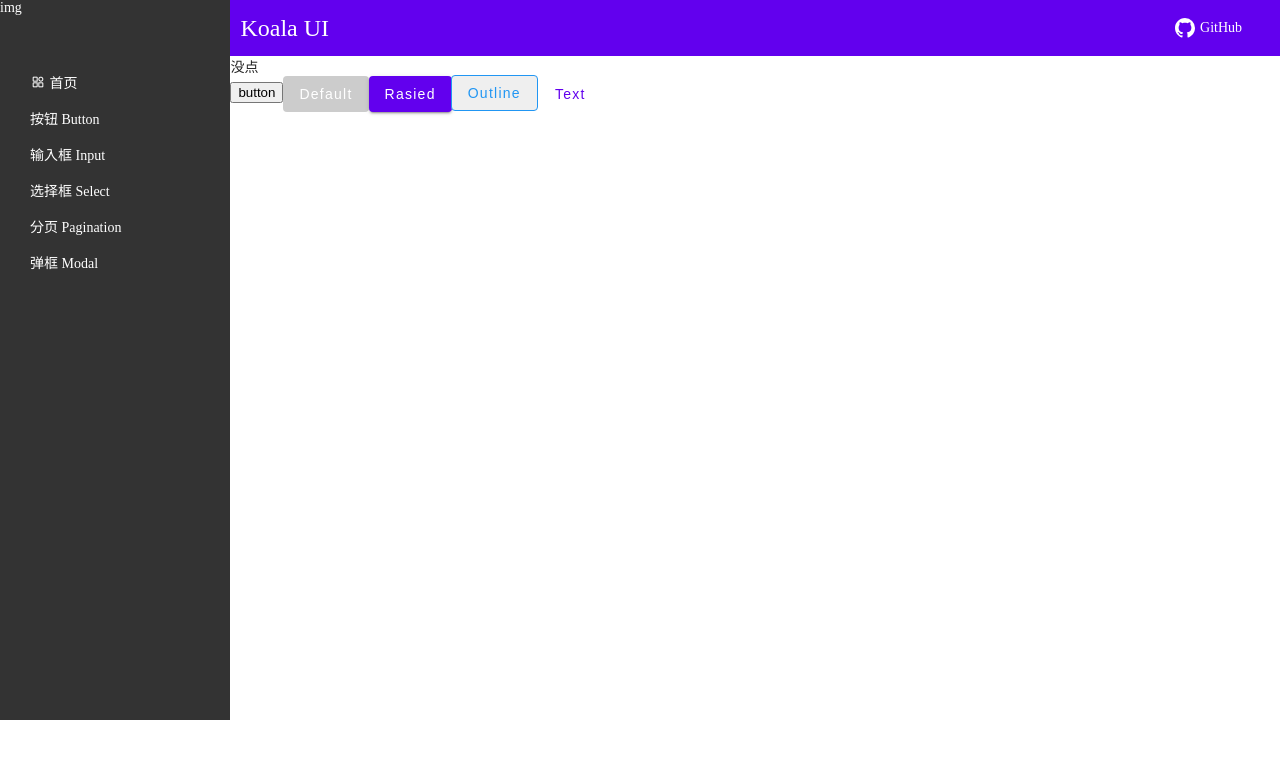
Repository: wyhsunflower/koalaUI
Page: /
The author's editor kept a copy of each file at every save. The page is drawn from the files as they stood at one save, then again after the next save.
The browser window is 1280 px wide. The pictures show the whole page.
The project was rebuilt for these pictures with package versions that can differ from the ones it lists, and the page was loaded fresh each time. Also part of the build but not shown: webpack.config.js, src/components/Modal/Modal.vue. Imported but missing from the stored project, and not drawn on this page: src/views/go/go2.vue.

Above is the page before, as saved 2020-03-15 21:53:48.

### index.html
<!DOCTYPE html>
<html lang="en">
<head>
    <meta charset="UTF-8">
    <title>koala's UI</title>
</head>
<body>
<div id="app"></div>
</body>
</html>

### src/index.js
import Vue from 'vue';
import App from './app';
import './components/components.js'
import './styles/global.scss';
import './styles/iconfont/icon.scss'
import router from './router/route';


new Vue({
    router,
    render(h) {
        return h(App);
    }
}).$mount('#app');

### src/app.vue
<template>
    <div id="app" class="container">
        <SideBar></SideBar>
        <div class="right">
            <Header></Header>
            <div class="main">
                <transition>
                 <router-view></router-view>
                </transition>
            </div>
        </div>
    </div>
</template>
<script>
    import SideBar from './SideBar';
    import Header from './Header';
    export default {
        name: "app",
        components:{
            SideBar,
            Header
        },
    }
</script>

<style lang="scss" scoped>
    @import "styles/global";
    .container{
        width: 100%;
        display: flex;
        flex-flow: row nowrap;
        height: 100%;
    }
    .right{
        width: 82%;
        height: 100%;
    }
        .main{
            width: 100%;
            height: 100%;
        }
</style>

### src/components/components.js
import Vue from 'vue'
import Button from './Button/Button';
import Modal from './Modal/Modal';

Vue.component('Button',Button);
Vue.component('Modal',Modal);

### src/styles/global.scss
$font-color: rgba(0,0,0, 0.87);
$color-btn-default:#ccc;
$color-btn-primary:#2196f3;
$color-btn-custom:#6200ee;
* {
    box-sizing: border-box;
}
html, body {
    margin: 0;
    padding: 0;
    font-size: 14px;
}
html{
    width: 100%;
    height: 100%;
    outline: none;
    font-size: 14px;
}
body {
    color: $font-color;
    font-size: 14px;
    height: 100%;
    width: 100%;
}
.koala-button{

    -moz-osx-font-smoothing: grayscale;
    -webkit-font-smoothing: antialiased;
    font-size: 1rem;
    line-height: 2.25rem;
    font-weight: 500;
    letter-spacing: .0892857143em;
    text-decoration: none;
    display: inline-flex;
    position: relative;
    align-items: center;
    justify-content: center;
    box-sizing: border-box;
    min-width: 64px;
    border: none;
    outline: none;
    line-height: 1;
    -webkit-user-select: none;
    -moz-user-select: none;
    -ms-user-select: none;
    user-select: none;
    -webkit-appearance: none;
    overflow: visible;
    vertical-align: middle;
    border-radius: 4px;
    cursor: pointer;

    padding: 0 1.145rem;
    min-width: 4.5rem;
    color: #fff;
    height: 2.572rem;
}

### src/styles/iconfont/icon.scss
@font-face {font-family: "iconfont";
  src: url('./iconfont.eot?t=1575969178796'); /* IE9 */
  src: url('./iconfont.eot?t=1575969178796#iefix') format('embedded-opentype'), /* IE6-IE8 */
       url('./iconfont.woff?t=1575969178796') format('woff'),
       url('./iconfont.ttf?t=1575969178796') format('truetype'), /* chrome, firefox, opera, Safari, Android, iOS 4.2+ */
       url('./iconfont.svg?t=1575969178796#iconfont') format('svg'); /* iOS 4.1- */
}
.iconfont {
  font-family: "iconfont" !important;
  font-size: 16px;
  font-style: normal;
  -webkit-font-smoothing: antialiased;
  -moz-osx-font-smoothing: grayscale;
}
.icon-all:before {
  content: "\e6ef";
}

### src/router/route.js
import Router from 'vue-router';
import Vue from 'vue';
//import Home from '../app';
//import Button from '../components/Button/Button';
import Home from '../views/home';


const routerListDir=[];

function importAllRouter(r) {
    r.keys().forEach(
        (key)=>routerListDir.push(r(key).default)
    )
}

importAllRouter(require.context('../router',true,/\.router\.js/));
Vue.use(Router);
console.log(routerListDir);

export default new Router({
    routes: [
        ...routerListDir,
        { path: '/',component:Home},
        //{ path: '/button',component:Button},
    ]
});

### src/SideBar.vue
<template>
    <div class="side">
        <div class="top">
            <div>img</div>
            <!--<img src="./static/img/logo.jpg">-->
        </div>
        <ul class="side-list">
            <li v-for="x of lists">
                <i class="iconfont" :class="x.icon"></i>
                {{x.name}}
            </li>
        </ul>
    </div>
</template>

<script>
    export default {
        name: "SideBar",
        data(){
            return{
                lists:[
                    {
                        name:'首页',
                        icon:'icon-all',
                    },
                    {
                        name:'按钮 Button',
                        icon:'button',
                    },
                    {
                        name:'输入框 Input',
                        icon:'input',
                    },
                    {
                        name:'选择框 Select',
                        icon:'select',
                    },
                    {
                        name:'分页 Pagination',
                        icon:'pagination',
                    },
                    {
                        name:'弹框 Modal',
                        icon:'modal',
                    },
                ],
            }
        },
    }
</script>

<style lang="scss" scoped>
    .side {
        max-width: 300px;
        width: 18%;
        background: rgba(0,0,0,.8);
        height: 100%;
        color: #fff;
    }
    .top {
        height: 50px;
    }
    ul{
        list-style: none;
        padding: 0;
    }
    li{
        padding: 8px 30px;
        &:hover{background: rgba(0,0,0,.2);}
    }
</style>

### src/Header.vue
<template>
    <div class="header">
        <div class="title">Koala UI</div>
        <div class="right">
            <!-- <div class="search">GitHub</div> -->
            <div class="config">
                <svg width="20" height="20" viewBox="0 0 20 20" xmlns="http://www.w3.org/2000/svg">
                <title>github-circle-white-transparent</title>
                    <path d="M10 0C4.477 0 0 4.477 0 10c0 4.42 2.87 8.17 6.84 9.5.5.08.66-.23.66-.5v-1.69c-2.77.6-3.36-1.34-3.36-1.34-.46-1.16-1.11-1.47-1.11-1.47-.91-.62.07-.6.07-.6 1 .07 1.53 1.03 1.53 1.03.87 1.52 2.34 1.07 2.91.83.09-.65.35-1.09.63-1.34-2.22-.25-4.55-1.11-4.55-4.92 0-1.11.38-2 1.03-2.71-.1-.25-.45-1.29.1-2.64 0 0 .84-.27 2.75 1.02.79-.22 1.65-.33 2.5-.33.85 0 1.71.11 2.5.33 1.91-1.29 2.75-1.02 2.75-1.02.55 1.35.2 2.39.1 2.64.65.71 1.03 1.6 1.03 2.71 0 3.82-2.34 4.66-4.57 4.91.36.31.69.92.69 1.85V19c0 .27.16.59.67.5C17.14 18.16 20 14.42 20 10A10 10 0 0 0 10 0z" fill="#FFF" fill-rule="evenodd"/>
                </svg>
                <div class="github">GitHub</div>
            </div>
        </div>
    </div>
</template>

<script>
    export default {
        name: "Header"
    }
</script>

<style lang="scss" scoped>
    .header{
        width: 100%;
        display: flex;
        justify-content: space-between;
        align-items: center;
        background-color:#6200ee;
        height:56px;
    }
    .title{
        width: 70%;
        color:#fff;
        font-size:24px;
        padding-left:10px;
    }
    .right{
        width: 10%;
    }
    .config{
        display:flex;
        align-items:center;
        cursor:pointer;
    }
    .github{
        color:#fff;
        font-size: 1rem;
        padding-left:5px;
    }
</style>

### src/components/Button/Button.vue
<template>
    <component
            class="koala-button"
            :class="buttonType"
            is="button"
            @click="onClick"
    >
        <slot></slot>
    </component>
</template>

<script>
    //type color icon
    export default {
        name: "Button",
        // ['type','color','diabled','size'],
        props: {
            type:{
                type: String,
                default:'default', // 'default', 'rasied , 'text', 'outline'
            },
            color:{
                type: String,
                default: 'default', // 'default', 'primary', 'custom'
            },
            size:{
                type: String,
                default: 'normal' // 'small', 'normal', 'large','custom'
            },
            disabled: {
                type: Boolean,
                default: false
            }
        },
        data(){
            return{
            }
        },
        components:{

        },
        computed:{
            buttonType(){
                const buttonClass = {
                    "outline": [`koala-button-${this.type}`,`koala-button-ouline-color-${this.color}`],
                    "text": [`koala-button-${this.type}`,`koala-button-text-color-${this.color}`],
                    "default": [`koala-button-${this.type}`,`koala-button-color-${this.color}`],
                    "rasied": [`koala-button-${this.type}`,`koala-button-color-${this.color}`],
                }
                return buttonClass[this.type]
            },
        },
        methods:{
            onClick(e){
                this.$emit('click', e);
            }
        },
        mounted(){
        },
    }
</script>

<style lang="scss" scoped >
    @import "../../styles/global.scss";
// .koala-button{
//     background-color:#ccc;
//     min-width: 4.5rem;
//     border-radius: .25rem;
//     color: #fff;
//     font-size: .875rem;
//     font-weight: 300;
//     box-sizing: border-box;
//     position: relative;
//     -webkit-user-select: none;
//     -moz-user-select: none;
//     -ms-user-select: none;
//     user-select: none;
//     cursor: pointer;
//     outline: none;
//     border: none;
//     -webkit-tap-highlight-color: transparent;
//     display: inline-block;
//     white-space: nowrap;
//     text-decoration: none;
//     vertical-align: baseline;
//     text-align: center;
//     margin: 0;
//     min-width: 64px;
//     line-height: 36px;
//     padding: 0 16px;
//     border-radius: 4px;
//     overflow: visible;
//     transform: translate3d(0, 0, 0);
//     transition: background 400ms cubic-bezier(0.25, 0.8, 0.25, 1),box-shadow 280ms cubic-bezier(0.4, 0, 0.2, 1);
// }
    .koala-button-default{
        box-shadow: 0 0 0 0 rgba(0,0,0,.2), 0 0 0 0 rgba(0,0,0,.14), 0 0 0 0 rgba(0,0,0,.12);
    }
    .koala-button-rasied{
        box-shadow: 0px 3px 1px -2px rgba(0, 0, 0, 0.2), 0px 2px 2px 0px rgba(0, 0, 0, 0.14), 0px 1px 5px 0px rgba(0,0,0,.12);
        transition: box-shadow 280ms cubic-bezier(0.4, 0, 0.2, 1);
    }
    .koala-button-text{
        background-color: transparent;
        // color: $color-btn-primary;
    }
    .koala-button-outline{
        top: -1px;
        left: -1px;
        // border: 1px solid transparent;
        // color:$color-btn-primary;
        // border-color: $color-btn-primary;
    }
    .koala-button-color-default{
        background-color:$color-btn-default;
    }
    .koala-button-color-primary{
        background-color:$color-btn-primary;
    }
    .koala-button-color-custom{
        background-color:$color-btn-custom;
    }
    .koala-button-ouline-color-default{
        border: 1px solid transparent;
        color:$color-btn-default;
        border-color: $color-btn-default;
    }
    .koala-button-ouline-color-primary{
        border: 1px solid transparent;
        color:$color-btn-primary;
        border-color: $color-btn-primary;
    }
    .koala-button-ouline-color-custom{
        border: 1px solid transparent;
        color:$color-btn-custom;
        border-color: $color-btn-custom;
    }
    .koala-button-text-color-default{
        color: $color-btn-default;
    }
    .koala-button-text-color-primary{
        color: $color-btn-primary;
    }
    .koala-button-text-color-custom{
        color: $color-btn-custom;
    }
</style>

### src/views/home.vue
<template>
    <div class="main-container">
        <div>{{message}}</div>
        <button @click="showModal">button</button>
        <Modal v-if="modal" :self="this" :confirmCallback="confirmWay" :cancelCallback="cancelWay">
            <div>Modal组件</div>
            <div>Modal组件</div>
            <div>Modal组件</div>
            <div>Modal组件</div>
            <div>Modal组件</div>
            <div>Modal组件</div>
        </Modal>
        <Button @click="clicked('default')" type="default" color="default">Default</Button>
        <Button @click="clicked('rasied')" type="rasied" color="custom">Rasied</Button>
        <Button @click="clicked('outline')" type="outline" color="primary">Outline</Button>
        <Button @click="clicked('text')" type="text" color="custom">Text</Button>
    </div>
</template>

<script>
    // import Modal from '../components/Modal/Modal.vue'
    // import Button from '../components/Button/Button.vue'
    export default {
        name: "home",
        data(){
            return{
                modal:false,
                message:'没点'
            }
        },
        // components:{
        //     Button
        // },
        methods:{
            showModal(){
                this.modal = true
            },
            confirmWay(){
                this.message = '确定'
            },
            cancelWay(){
                this.message = '取消了'
            },
            clicked(name){
                alert(name)
            },
        },
    }
</script>

<style scoped>

</style>

### src/router/button.router.js
import Button from '../components/Button/Button';
export default {
    path: '/button',
    name: 'button',
    component:Button,
    children:[]
}

### src/router/modal.router.js
import Modal from '../components/Modal/Modal';
export default {
    path: '/modal',
    name: 'modal',
    component:Modal,
}

### src/router/sample.router.js
import Sample from '../views/go/go2.vue';
export default {
    path: '/sample',
    name: 'sample',
    component:Sample,
}

After the next save:
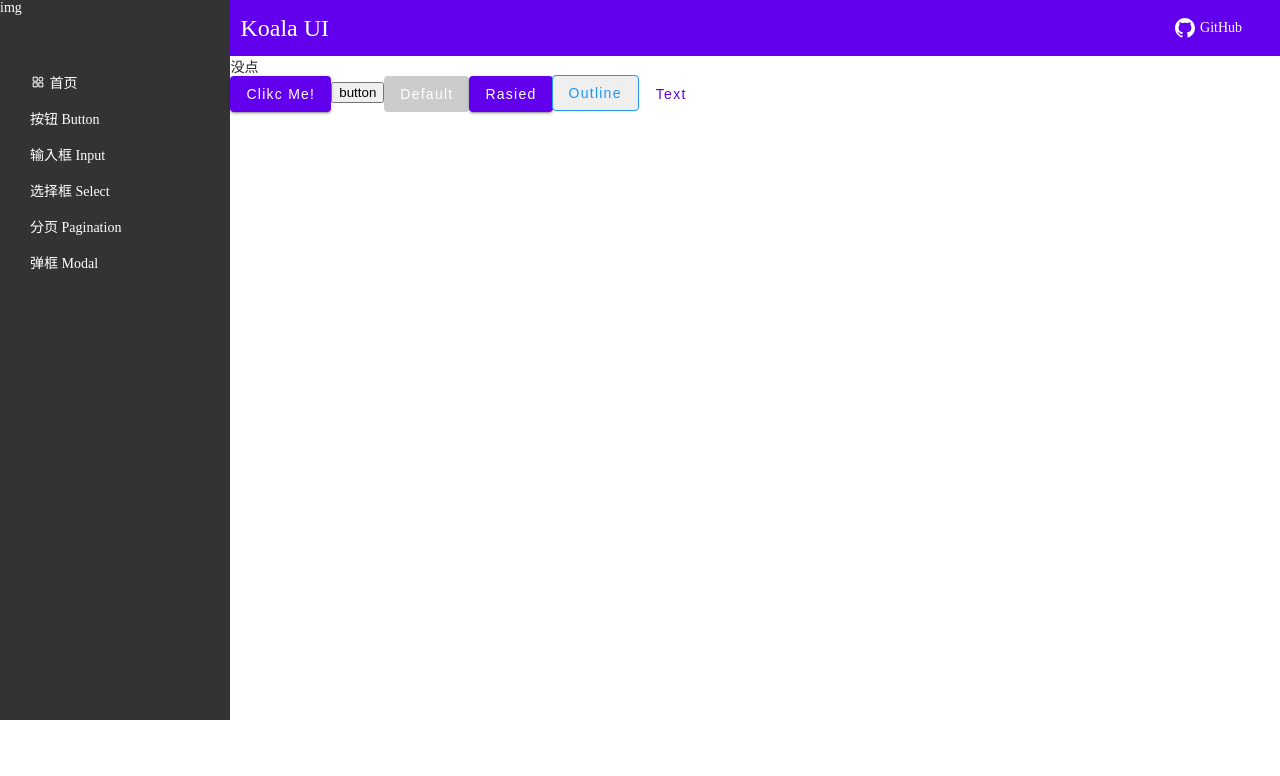
Saved 79 s later.
--- a/src/views/home.vue
+++ b/src/views/home.vue
@@ -1,6 +1,7 @@
 <template>
     <div class="main-container">
         <div>{{message}}</div>
+         <Button @click="showModal" type="rasied" color="custom">Clikc Me!</Button>
         <button @click="showModal">button</button>
         <Modal v-if="modal" :self="this" :confirmCallback="confirmWay" :cancelCallback="cancelWay">
             <div>Modal组件</div>
